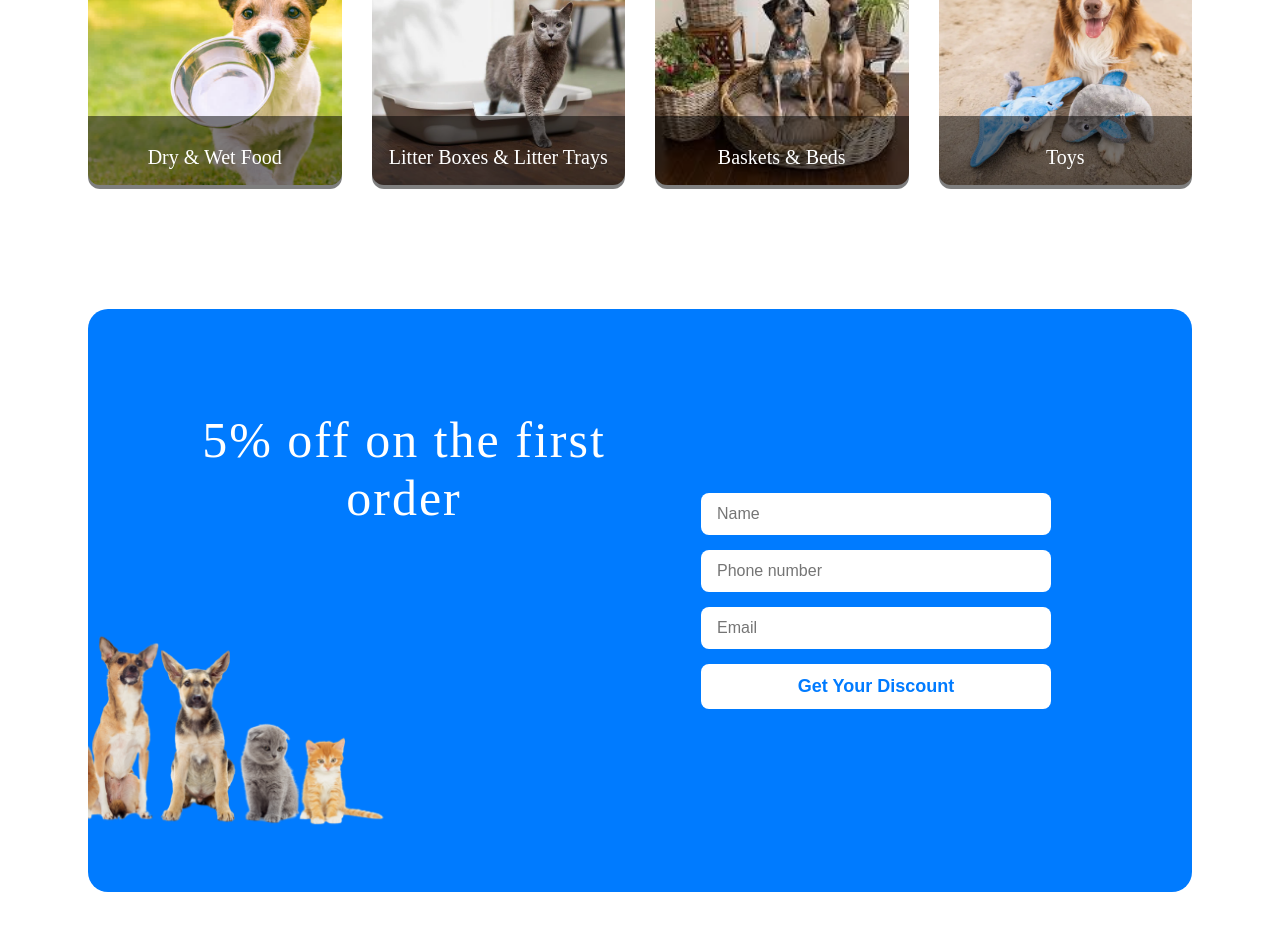
Repository: JuliiaJuliia/pet-shop-frontend
Page: / (app in pet-shop-frontend/)
The author's editor kept a copy of each file at every save. The page is drawn from the files as they stood at one save, then again after a run of saves.
The browser window is 1280 px wide. The pictures show the part of the page from y = 858 to 1810 px (the page is 1810 px tall before and 1563 px after).
The project was rebuilt for these pictures with package versions that can differ from the ones it lists, and the page was loaded fresh each time. Also part of the build but not shown: pet-shop-frontend/vite.config.js, pet-shop-frontend/src/pages/CheckoutPage.jsx, pet-shop-frontend/src/api/axios.js, pet-shop-frontend/src/components/ProductList.jsx.

Above is the page before, as saved 2025-11-06 14:44:51.

### pet-shop-frontend/index.html
<!doctype html>
<html lang="en">
  <head>
    <meta charset="UTF-8" />
    <link rel="icon" type="image/svg+xml" href="/vite.svg" />
    <meta name="viewport" content="width=device-width, initial-scale=1.0" />
    <title>pet-shop-frontend</title>
  </head>
  <body>
    <div id="root"></div>
    <script type="module" src="/src/main.jsx"></script>
  </body>
</html>

### pet-shop-frontend/src/main.jsx
import HomePage from "./pages/HomePage";
import CheckoutPage from "./pages/CheckoutPage";
import React from "react";
import ReactDOM from "react-dom/client";
import { BrowserRouter, Routes, Route } from "react-router-dom";
import Header from "./components/Header/Header.jsx";
import ProductList from "./components/ProductList";

function Categories() {
  return <h2 style={{ textAlign: "center" }}>Categories Page</h2>;
}

function Sales() {
  return <h2 style={{ textAlign: "center" }}>Sales Page</h2>;
}

function Cart() {
  return <h2 style={{ textAlign: "center" }}>Your Cart is empty</h2>;
}

ReactDOM.createRoot(document.getElementById("root")).render(
  <BrowserRouter>
    <Header />
    <Routes>
      <Route path="/" element={<HomePage />} />
      <Route path="/categories" element={<Categories />} />
      <Route path="/products" element={<ProductList />} />
      <Route path="/sales" element={<Sales />} />
      <Route path="/cart" element={<Cart />} />
    </Routes>
  </BrowserRouter>
);

### pet-shop-frontend/src/pages/HomePage.jsx
import React from "react";
import MainBanner from "../components/MainBanner";
import Categories from "../components/Categories";
import DiscountBanner from "../components/DiscountBanner"; // 👈 ось цей рядок

const HomePage = () => {
  return (
    <div>
      <MainBanner />
      <Categories />
      <DiscountBanner />   {/* 👈 він має бути тут */}
    </div>
  );
};

export default HomePage;

### pet-shop-frontend/src/components/Header/Header.jsx
import React from "react";
import { Link } from "react-router-dom";
import "./Header.css";

const Header = () => {
  return (
    <header className="header">
      <div className="header__logo">
        <Link to="/">PetShop 🐾</Link>
      </div>
      <nav className="header__nav">
        <Link to="/">Main Page</Link>
        <Link to="/categories">Categories</Link>
        <Link to="/products">All products</Link>
        <Link to="/sales">All sales</Link>
      </nav>
      <div className="header__cart">
        <Link to="/cart">
        <img src="/icon.svg" alt="Cart" className="header__cart-icon" />
        </Link>
</div>
    </header>
  );
};

export default Header;

### pet-shop-frontend/src/components/MainBanner.jsx
import React from "react";
import { Link } from "react-router-dom";
import "./MainBanner.css";

const MainBanner = () => {
  return (
    <section className="main-banner">
      <div className="main-banner__overlay">
        <div className="main-banner__content">
        <h1>Amazing Discounts <br /> on Pets Products!</h1>
        <Link to="/checkout" className="banner-btn">Check out</Link>
        </div>
      </div>
    </section>
  );
};

export default MainBanner;

### pet-shop-frontend/src/components/Categories.jsx
import React from "react";
import { Link } from "react-router-dom";
import "./Categories.css";

const categories = [
  { id: 1, name: "Dry & Wet Food", image: "/Dog.jpg" },
  { id: 2, name: "Litter Boxes & Litter Trays", image: "/Cat.jpg" },
  { id: 3, name: "Baskets & Beds", image: "/Dogs.jpg" },
  { id: 4, name: "Toys", image: "/Dog and Fish.jpg" },
];

const Categories = () => {
  return (
    <section className="categories">
      <div className="categories__header">
        <h2>Categories</h2>
        <div className="categories__line"></div>

        <Link to="/products" className="all-categories-btn">
          All categories
        </Link>
      </div>

      <div className="categories__grid">
        {categories.map((category) => (
          <div key={category.id} className="category-card">
            <img src={category.image} alt={category.name} />
            <div className="category-card__overlay">
              <p>{category.name}</p>
            </div>
          </div>
        ))}
      </div>
    </section>
  );
};

export default Categories;

### pet-shop-frontend/src/components/DiscountBanner.jsx
import React from "react";
import "./DiscountBanner.css";

const DiscountBanner = () => {
  return (
    <section className="discount-banner">
      <div className="discount-banner__content">
        <div className="discount-banner__left">
          <h2>5% off on the first order</h2>
          <img src="/Pets.jpg" alt="pets" className="discount-banner__image" />
        </div>

        <div className="discount-banner__form">
          <form>
            <input type="text" placeholder="Name" required />
            <input type="phone" placeholder="Phone number" required />
            <input type="email" placeholder="Email" required />
            <button type="submit">Get Your Discount</button>
          </form>
        </div>
      </div>
    </section>
  );
};

export default DiscountBanner;

### pet-shop-frontend/src/components/Header/Header.css
.header {
    display: flex;
    align-items: center;
    justify-content: space-between;
    padding: 20px 60px;
    background-color: #fff;
    box-shadow: 0 2px 5px rgba(0, 0, 0, 0.05);
    position: sticky;
    top: 0;
    z-index: 10;
  }

  .header__logo a {
    font-size: 40px;
    font-weight: 400;
    color: #3d3c3c;
    text-decoration: none;
    display: flex;
    align-items: center;
    gap: 10px;
  }

  .header__nav {
    display: flex;
    gap: 30px;
  }

  .header__nav a {
    font-size: 20px;
    text-decoration: none;
    color: #38383a;
    font-weight: 550;
    transition: 0.3s;
    cursor: url("data:[embedded picture, 129 characters]"), auto;
  }

  .header__nav a:hover {
    color: #24973bf3;
  }

  .cart-icon {
    font-size: 20px;
    text-decoration: none;
  }

  .header__cart-icon {
    width: 30px;
    height: 30px;
    object-fit: contain;
    transition: transform 0.3s ease;
    cursor: url("data:[embedded picture, 129 characters]"), auto;
  }

  .header__cart-icon:hover {
    transform: rotate(10deg) scale(1.15);
  }

### pet-shop-frontend/src/components/MainBanner.css
.main-banner {
  position: relative;
  width: 100%;
  height: 500px;
  background: url("/banner-dog.jpg") center/cover no-repeat;
  display: flex;
  align-items: center;
  justify-content: center;
  border-radius: 10px;
  overflow: hidden;
  margin-bottom: 60px;
}

/* Полупрозрачный шар поверх картинки */
.main-banner__overlay {
  background: rgba(0, 0, 0, 0.35);
  width: 100%;
  height: 100%;
  display: flex;
  align-items: center;
  justify-content: center;
}

/* Текст и кнопка */
.main-banner__content {
  text-align: left;
  color: #fff;
  max-width: 800px;
  padding: 0 40px;
  line-height: 1.1;
  white-space: normal;
  word-break: break-word;
}

.main-banner__content h1 {
  font-size: 54px;
  font-weight: 700;
  line-height: 1.2;
  margin-bottom: 40px;
}


.main-banner__button {
  background-color: #53b955df;
  color: rgb(255, 255, 255);
  border: none;
  border-radius: 6px;
  font-size: 18px;
  padding: 14px 30px;
  cursor: pointer;
  transition: all 0.3s ease;
  cursor: url("data:[embedded picture, 129 characters]"), auto;
}

.main-banner__button:hover {
  background-color: #24973b91;
  ;
  transform: scale(1.05);
}

.banner-btn {
  display: inline-block;
  background-color: #53b955df;
  color: white;
  border: none;
  border-radius: 6px;
  font-size: 18px;
  padding: 14px 30px;
  text-decoration: none;
  text-align: center;
  cursor: pointer;
  transition: all 0.3s ease;
}

.banner-btn:hover {
  background-color: #24973b91;
  transform: scale(1.05);
}

### pet-shop-frontend/src/components/Categories.css
.categories {
    padding: 0px 80px 60px;
    background-color: #fff;
  }

  .categories__title {
    font-size: 36px;
    font-weight: 600;
    margin-bottom: 30px;
    color: #222;
  }

  .categories__grid {
    display: grid;
    grid-template-columns: repeat(auto-fit, minmax(220px, 1fr));
    gap: 30px;
    justify-items: center;
  }

  .category-card {
    position: relative;
    width: 100%;
    max-width: 260px;
    border-radius: 12px;
    overflow: hidden;
    cursor: url("data:[embedded picture, 129 characters]"), auto;
    transition: transform 0.3s ease;
  }

  .category-card img {
    width: 100%;
    height: 260px;
    object-fit: cover;
    border-radius: 12px;
  }

  .category-card__overlay {
    position: absolute;
    display: flex;
    justify-content: center;
    align-items: center;
    text-align: center;
    bottom: 0;
    left: 0;
    right: 0;
    background: rgba(0, 0, 0, 0.5);
    color: #fff;
    font-size: 20px;
    font-weight: 500;
    padding-top: 10px;
    transition: background 0.3s ease;
  }

  .category-card:hover {
    transform: scale(1.05);
  }

  .category-card:hover .category-card__overlay {
    background: rgba(0, 0, 0, 0.7);
  }

  .categories__header {
    display: flex;
    align-items: center;
    justify-content: space-between;
    position: relative;
    margin-bottom: 30px;
  }

  .categories__header h2 {
    font-size: 35px;
    font-weight: 700;
    color: #222;
    letter-spacing: 1.5px;
    background-color: #fff;
    padding-right: 15px;
    z-index: 1;
  }

  .categories__line {
    position: absolute;
    left: 0;
    right: 0;
    height: 1px;
    background-color: #ddd;
    top: 50%;
    transform: translateY(-50%);
    z-index: 0;
  }

  .all-categories-btn {
    display: inline-flex;
    align-items: center;
    justify-content: center;
    background-color: #fff;
    border: 1px solid #ccc;
    border-radius: 6px;
    padding: 6px 14px;
    font-size: 13px;
    font-weight: 500;
    color: #333;
    text-decoration: none;
    outline: none;
    cursor: pointer;
    z-index: 1;
    transition: all 0.3s ease;
  }

  .all-categories-btn:hover {
    background-color: #53b955cd;
    color: #fff;
    border-color: #24973b91;
    transform: scale(1.05);
    cursor: url("/paw-cursor.png"), auto;
    cursor: url("data:[embedded picture, 129 characters]"), auto;
  }

### pet-shop-frontend/src/components/DiscountBanner.css
.discount-banner {
    background-color: #007bff;
    color: #fff;
    border-radius: 20px;
    margin: 60px 80px;
    padding: 60px 80px;
    position: relative;
    overflow: hidden;
    display: flex;
    justify-content: center;
    align-items: center;
  }

  /* 🔹 Контейнер із текстом + формою */
  .discount-banner__content {
    display: flex;
    justify-content: space-between;
    align-items: center;
    width: 100%;
  }

  /* 🔹 Ліва частина (заголовок + фото) */
  .discount-banner__left {
    flex: 1;
    position: relative;
    display: flex;
    flex-direction: column;
    align-items: center;
    justify-content: center;
  }

  /* 🔹 Заголовок тепер зверху по центру */
  .discount-banner__left h2 {
    font-size: 50px;
    font-weight: 500;
    letter-spacing: 2px;
    text-align: center;
    margin-bottom: 40px;
    position: relative;
    z-index: 2;
  }

  /* 🔹 Фото тварин — знизу */
  .discount-banner__image {
    width: 100%;
    max-width: 500px;
    object-fit: contain;

    bottom: -10px; /* “сидять” на межі фону */
    left: 50%;
    transform: translateX(-50%);
    z-index: 1;
  }

  /* 🔹 Форма — справа, посередині вертикально */
  .discount-banner__form {
    flex: 1;
    display: flex;
    justify-content: center;
    align-items: center; /* центр вертикалі */
    z-index: 3;
  }

  .discount-banner__form form {
    background: transparent;
    display: flex;
    flex-direction: column;
    gap: 15px;
    width: 100%;
    max-width: 350px;
  }

  .discount-banner__form input {
    padding: 12px 16px;
    border-radius: 8px;
    border: none;
    font-size: 16px;
    outline: none;
  }

  .discount-banner__form button {
    background-color: #fff;
    color: #007bff;
    border: none;
    border-radius: 8px;
    padding: 12px 20px;
    font-size: 18px;
    font-weight: 600;
    cursor: pointer;
    transition: 0.3s;
  }

  .discount-banner__form button:hover {
    background-color: #f0f0f0;
    transform: scale(1.05);
    cursor: url("data:[embedded picture, 129 characters]"), auto;
  }

After the next 2 saves:
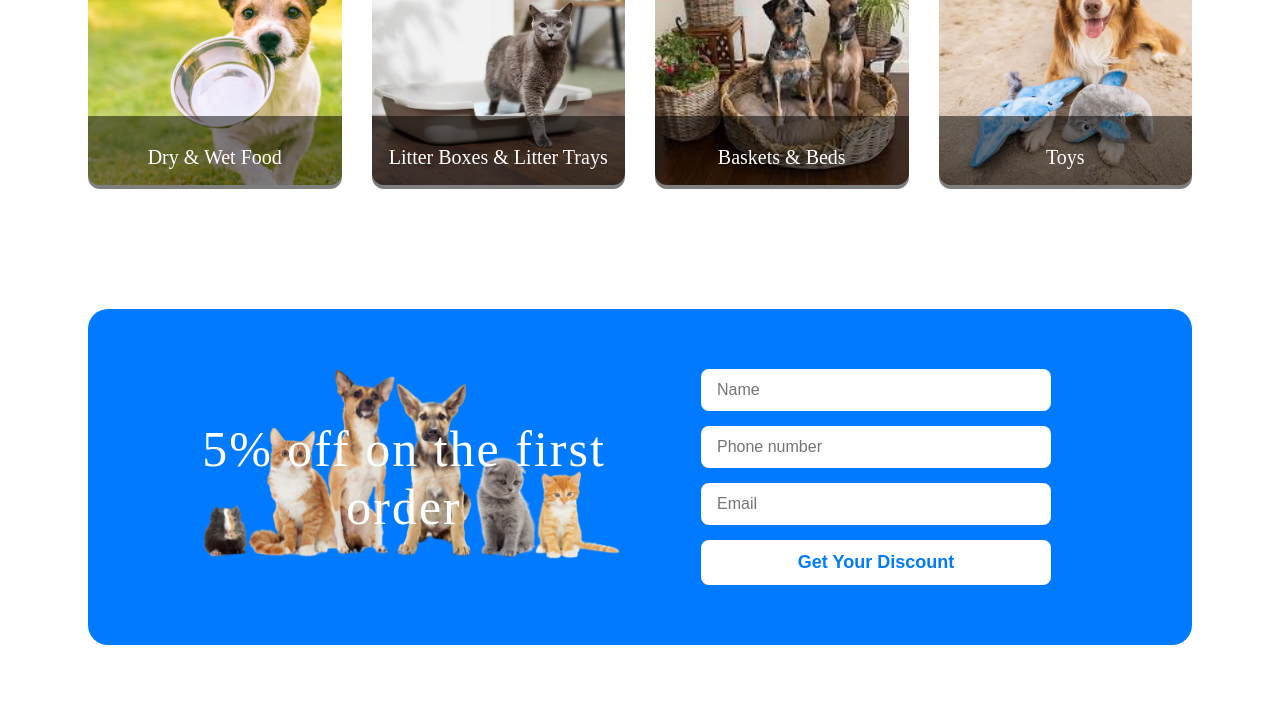
The 2 saves are shown as one change because they came seconds apart.
The last was saved 8 s later.
--- a/pet-shop-frontend/src/components/DiscountBanner.css
+++ b/pet-shop-frontend/src/components/DiscountBanner.css
@@ -45,8 +45,8 @@
     width: 100%;
     max-width: 500px;
     object-fit: contain;
-
-    bottom: -10px; /* “сидять” на межі фону */
+    position: absolute;
+    bottom: 10px; /* “сидять” на межі фону */
     left: 50%;
     transform: translateX(-50%);
     z-index: 1;
